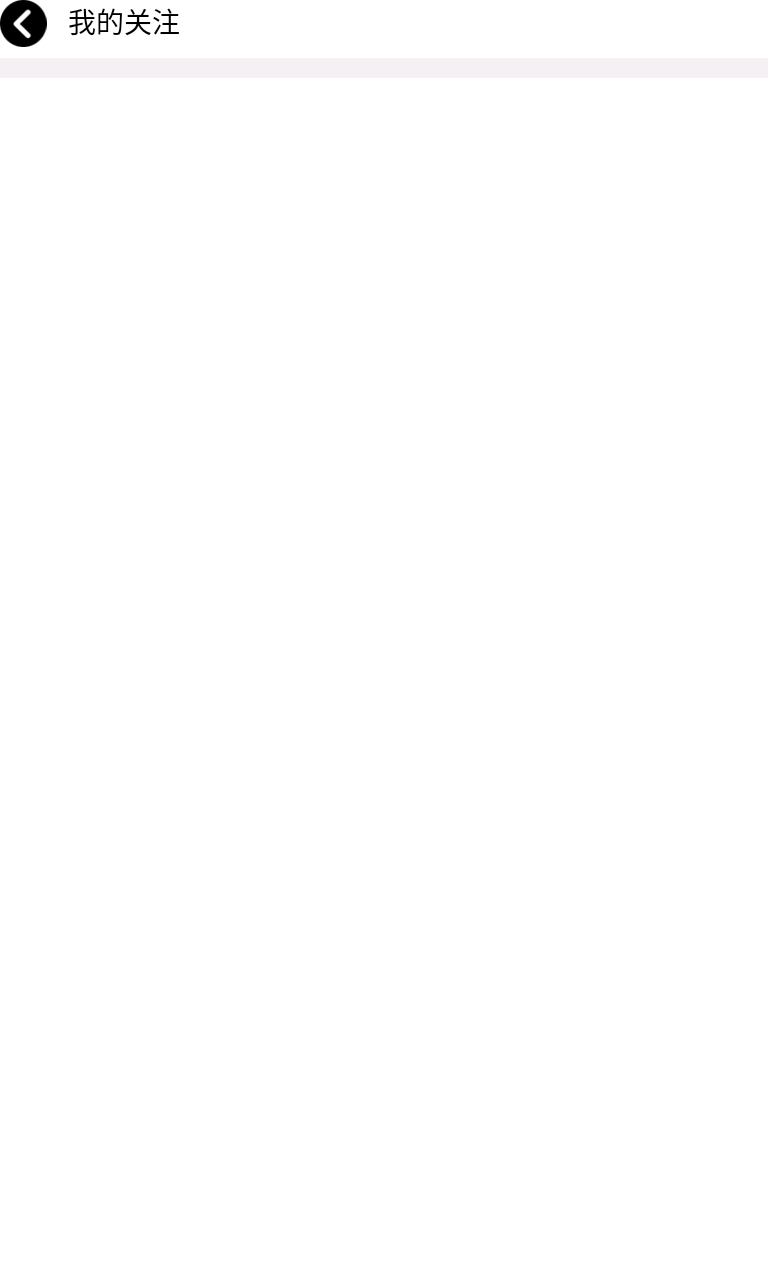
Repository: Lei13/Android
Layout: jsonPrictice/res/layout/activity_main.xml
An editor plug-in stored every save of this project. The layout is shown before and after the next save, followed by the edit.
It is drawn on a 768 x 1280 px phone screen (xhdpi) without system bars, with theme AppTheme; the app's code is not run. Lists and similar views that code fills are empty.

Above is the layout before, as saved 2015-11-20 11:27:44.

After the next save:
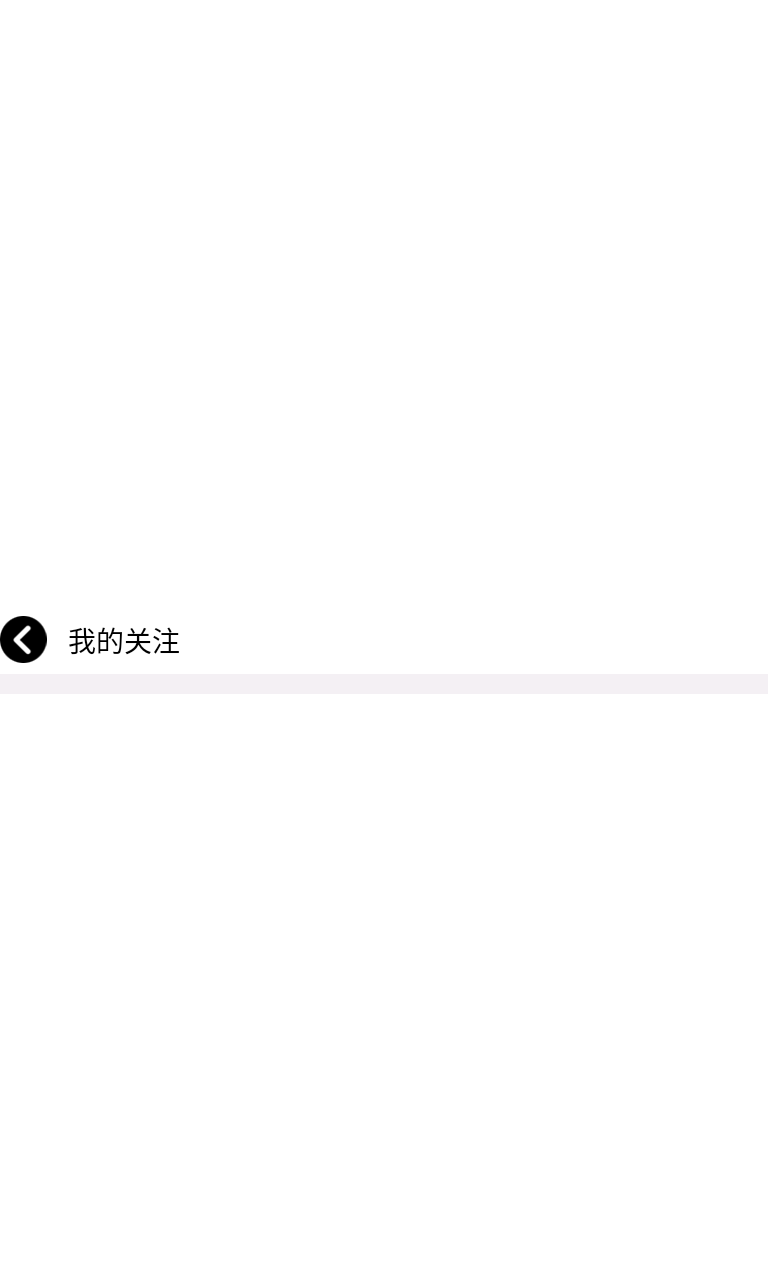
Saved 23 s later.
--- a/jsonPrictice/res/layout/activity_main.xml
+++ b/jsonPrictice/res/layout/activity_main.xml
@@ -8,11 +8,13 @@
         android:layout_width="wrap_content"
         android:layout_height="wrap_content"
         android:scaleType="center"
+        android:layout_centerVertical="true"
         android:src="@drawable/btn_back" />
     <TextView
         android:layout_width="wrap_content"
         android:layout_height="wrap_content"
         android:text="@string/mycare"
+        android:layout_centerVertical="true"
         android:layout_marginLeft="10dp"
         android:layout_toRightOf="@id/back_img"
         android:textColor="@android:color/black"/>
